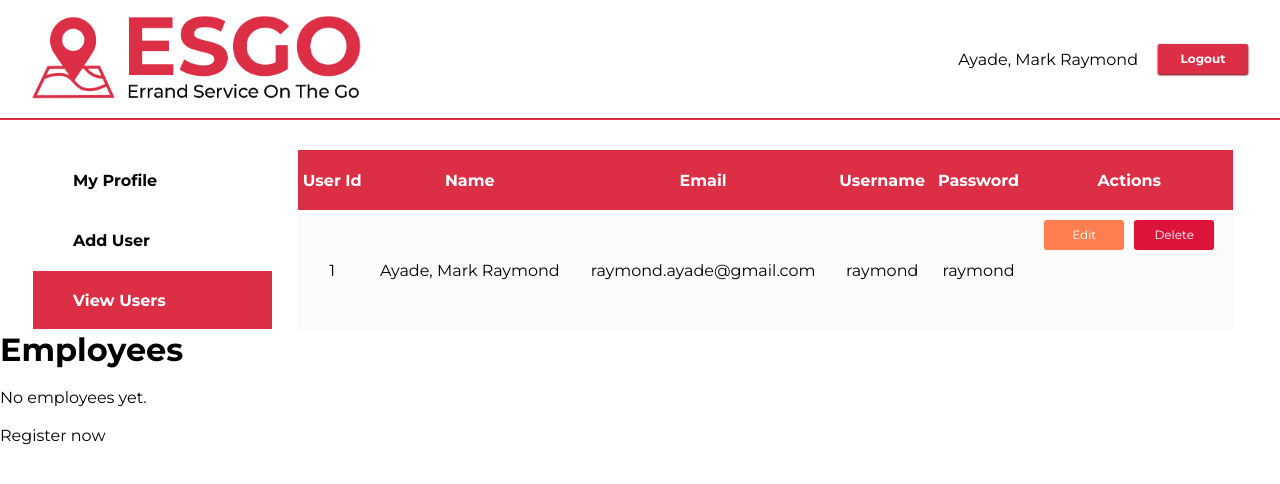
Repository: azkalonz/Int-Prog-2
Page: http://localhost/Int_Prog_2/employee?page=view
The author's editor kept a copy of each file at every save. The page is drawn from the files as they stood at one save, then again after the next save.
The browser window is 1280 px wide. The pictures show the whole page.
The page is served by Tomcat 9. Queries for data that is not in the repository find no rows.

Above is the page before, as saved 2021-03-30 06:04:35.

After the next save:
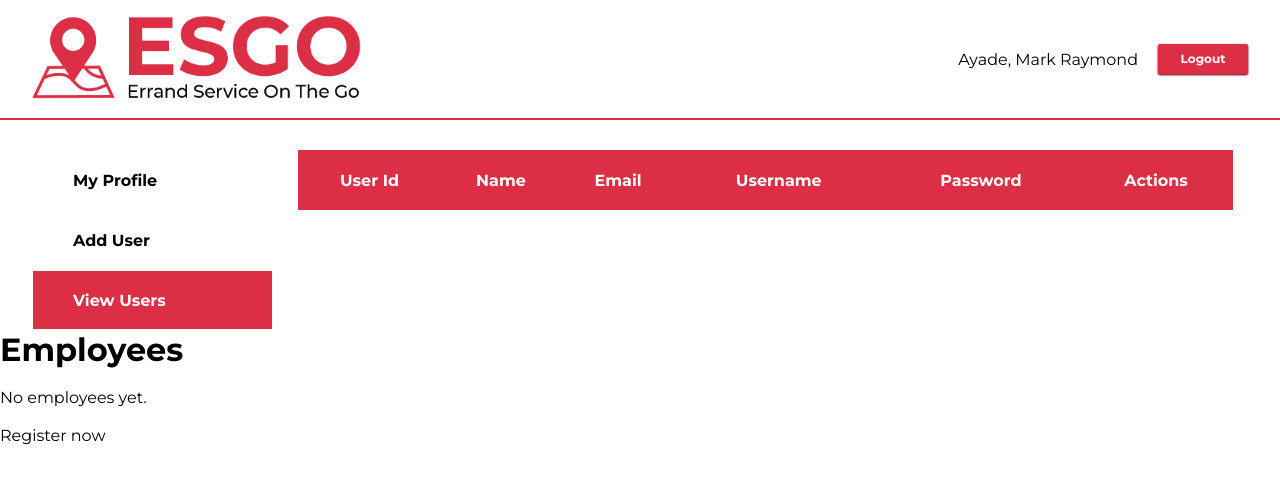
Saved 57 s later.
--- a/Int Prog 2/WebContent/WEB-INF/views/employees.jsp
+++ b/Int Prog 2/WebContent/WEB-INF/views/employees.jsp
@@ -16,17 +16,22 @@
                         <th>Actions</th>
                     </thead>
                     <tbody>
-                        <tr>
-                            <td>1</td>
-                            <td>Ayade, Mark Raymond</td>
-                            <td>raymond.ayade@gmail.com</td>
-                            <td>raymond</td>
-                            <td>raymond</td>
-                            <td>
-                                <a href="edit.html"><div class="button-action orange">Edit</div></a>
-                                <a><div class="button-action red">Delete</div></a>
-                            </td>
-                        </tr>
+                        <c:forEach items="${employees}" var="employee">
+						    <tr>
+						        <td>${employee.employeeID}</td>
+						        <td>${employee.firstname} ${employee.lastname}</td>
+						        <td>${employee.email}</td>
+						        <td>${employee.username}</td>
+						        <td>
+						        	<a class="button-link" href="?id=${employee.employeeID}">
+						        		View
+						        	</a>
+						        	<a class="button-link" href="<%=request.getContextPath() %>/delete?id=${employee.employeeID}">
+						        		Delete
+						        	</a>
+						        </td>
+						    </tr>
+						</c:forEach>
                     </tbody>
                 </table>
             </div>
